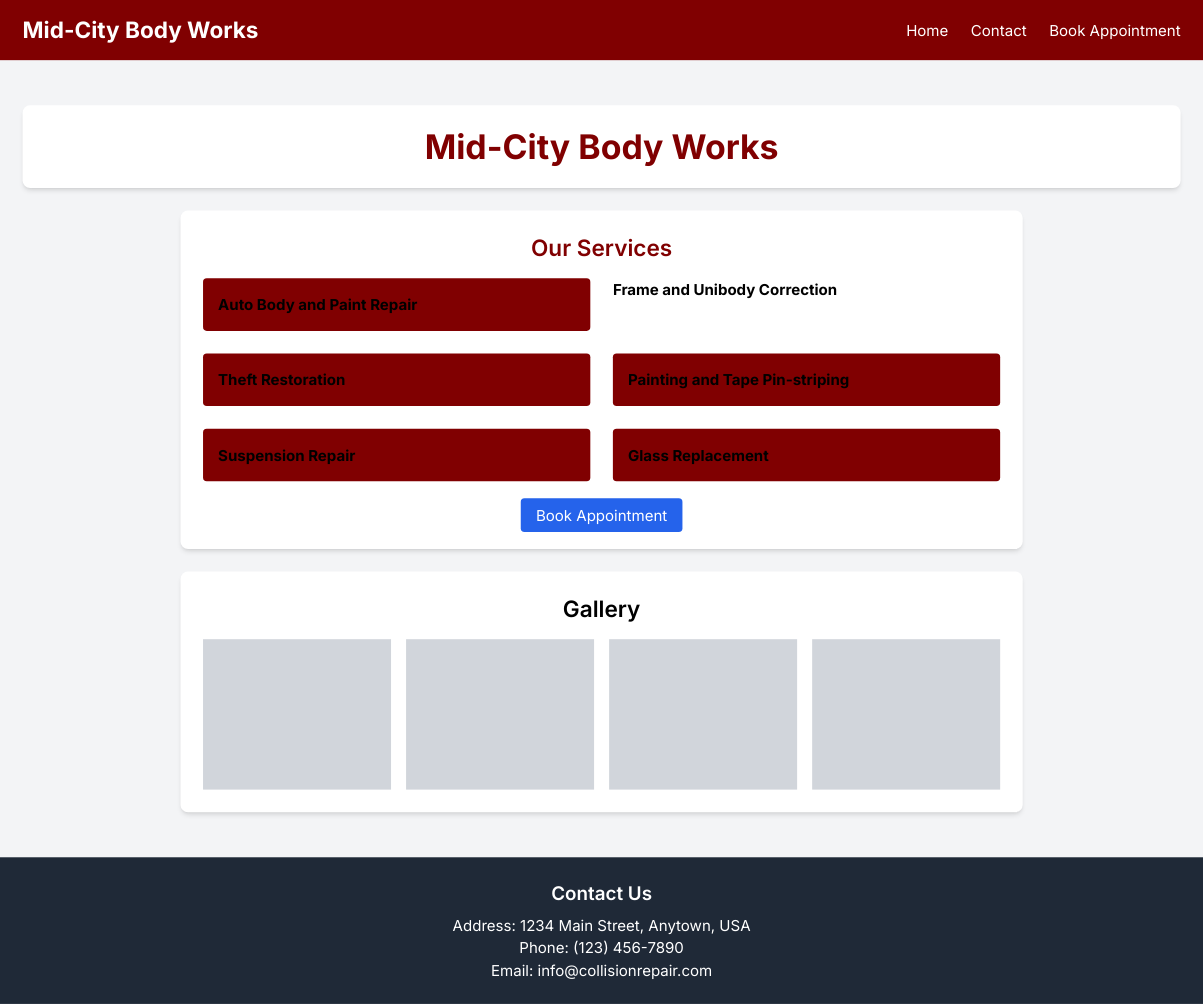
Repository: kayacancode/midcitybodyworks
Page: /
These files come from the project's save history. The page is drawn as it stood at one moment and after the next save; the edit follows.
The browser window is 1280 px wide. The pictures show the whole page, at 94% of full size.
The project was rebuilt for these pictures with package versions that can differ from the ones it lists, and the page was loaded fresh each time. The framework's server and built-in components were replaced by stand-ins that run in the browser. Also part of the build but not shown: next.config.mjs.

Above is the page before, as saved 2024-06-29 12:08:36.

### src/app/page.js
import Image from "next/image";

export default function Home() {
  return (
    <div className="min-h-screen bg-gray-100 flex flex-col">
      {/* Navigation Bar */}
      <header className="bg-[#800001] text-white w-full py-4 flex justify-between items-center px-6">
        <div className="text-2xl font-bold">Mid-City Body Works</div>
        <nav>
          <ul className="flex space-x-6">
            <li><a href="#home" className="hover:underline">Home</a></li>
            <li><a href="#contact" className="hover:underline">Contact</a></li>
            <li><a href="#appointment" className="hover:underline">Book Appointment</a></li>
          </ul>
        </nav>
      </header>

      {/* Hero Section */}
      <main className="flex flex-col items-center p-6">
        <section id="home" className="w-full bg-white p-6 rounded-lg shadow-md mt-6 text-center">
          <h1 className="text-4xl font-bold text-[#800001]">Mid-City Body Works</h1>
        </section>

        {/* Our Services Section */}
        <section className="w-full max-w-4xl bg-white p-6 rounded-lg shadow-md mt-6">
          <h2 className="text-2xl font-semibold mb-4 text-[#800001] text-center">Our Services</h2>
          <div className="grid grid-cols-1 sm:grid-cols-2 gap-6">
            <div className="bg-[#800001] p-4 rounded">
              <h3 className="font-bold">Auto Body and Paint Repair</h3>
            </div>
            <div className="bg-[#800001]p-4 rounded">
              <h3 className="font-bold">Frame and Unibody Correction</h3>
            </div>
            <div className="bg-[#800001] p-4 rounded">
              <h3 className="font-bold">Theft Restoration</h3>
            </div>
            <div className="bg-[#800001] p-4 rounded">
              <h3 className="font-bold">Painting and Tape Pin-striping</h3>
            </div>
            <div className="bg-[#800001] p-4 rounded">
              <h3 className="font-bold">Suspension Repair</h3>
            </div>
            <div className="bg-[#800001] p-4 rounded">
              <h3 className="font-bold">Glass Replacement</h3>
            </div>
          </div>
          <div className="text-center mt-6">
            <a href="#appointment" className="bg-blue-600 text-white px-4 py-2 rounded hover:bg-blue-700">Book Appointment</a>
          </div>
        </section>

        {/* Placeholder Photo Section */}
        <section className="w-full max-w-4xl bg-white p-6 rounded-lg shadow-md mt-6">
          <h2 className="text-2xl font-semibold mb-4 text-center">Gallery</h2>
          <div className="grid grid-cols-2 sm:grid-cols-4 gap-4">
            <div className="bg-gray-300 h-40"></div>
            <div className="bg-gray-300 h-40"></div>
            <div className="bg-gray-300 h-40"></div>
            <div className="bg-gray-300 h-40"></div>
          </div>
        </section>
      </main>

      {/* Footer */}
      <footer className="bg-gray-800 text-white w-full py-6 mt-6">
        <div className="text-center">
          <h3 className="text-xl font-semibold mb-2">Contact Us</h3>
          <p>Address: 1234 Main Street, Anytown, USA</p>
          <p>Phone: (123) 456-7890</p>
          <p>Email: info@collisionrepair.com</p>
        </div>
      </footer>
    </div>
  );
}

Loaded but not shown: src/app/layout.js (common file); src/app/globals.css (common file); tailwind.config.js (common file)

After the next save:
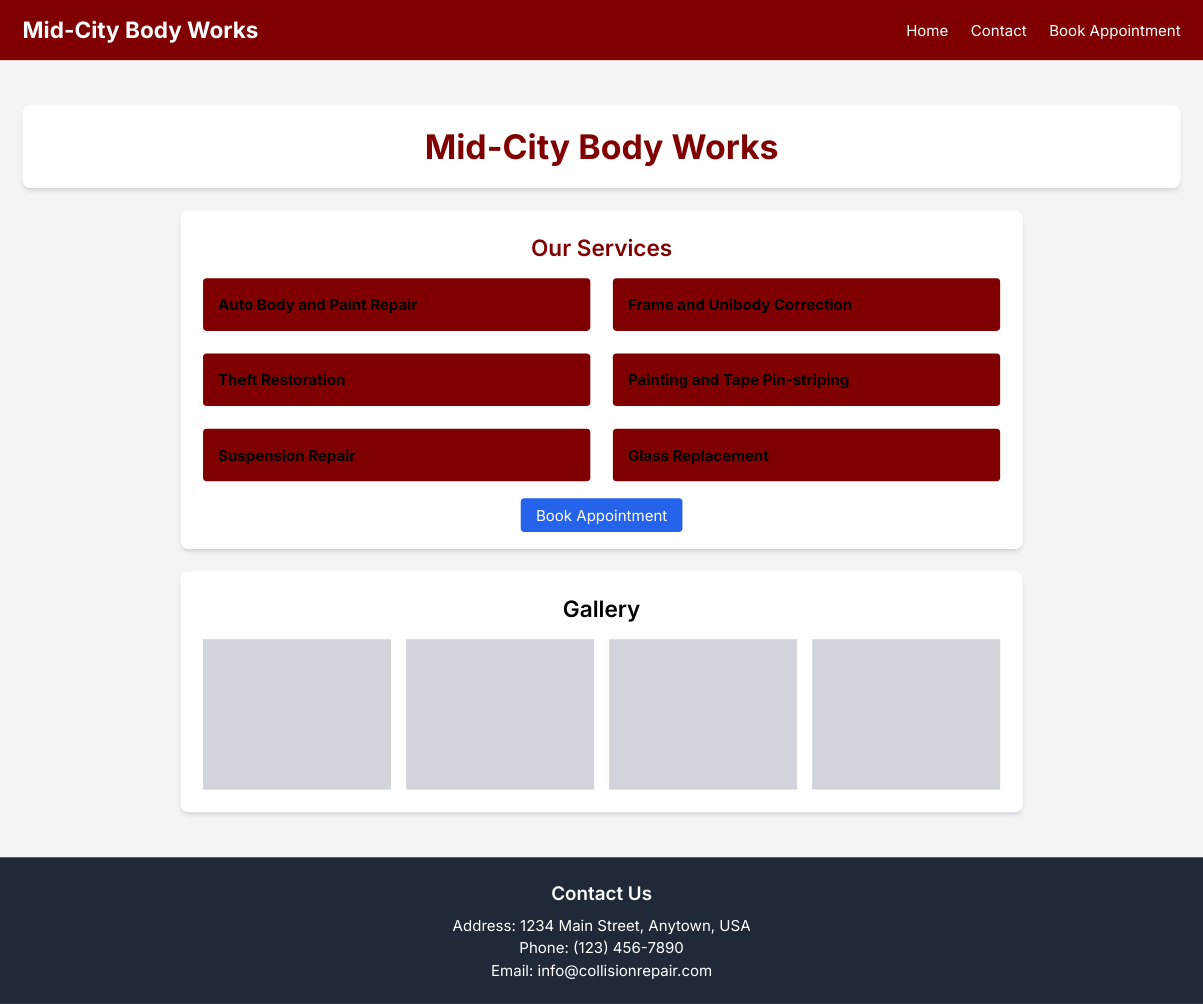
Saved 4 s later.
--- a/src/app/page.js
+++ b/src/app/page.js
@@ -28,7 +28,7 @@ export default function Home() {
             <div className="bg-[#800001] p-4 rounded">
               <h3 className="font-bold">Auto Body and Paint Repair</h3>
             </div>
-            <div className="bg-[#800001]p-4 rounded">
+            <div className="bg-[#800001] p-4 rounded">
               <h3 className="font-bold">Frame and Unibody Correction</h3>
             </div>
             <div className="bg-[#800001] p-4 rounded">
